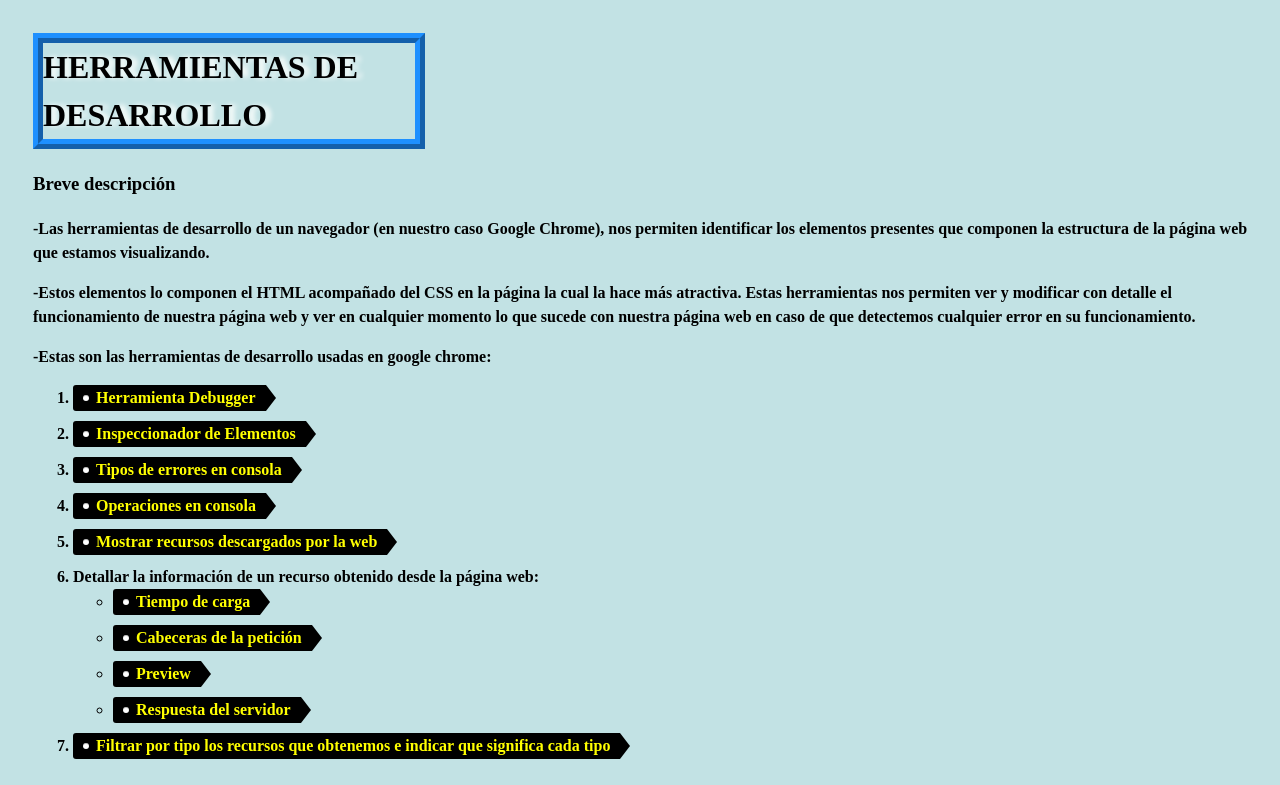
Repository: VictorinoBF97/HerramientasDesarollo
Page: indice.html
These files come from the project's save history. The page is drawn as it stood at one moment and after a run of saves; the edit follows.
The browser window is 1280 px wide. The pictures show the whole page.

Above is the page before, as saved 2018-11-26 09:17:37.
Console error: SyntaxError: Unexpected token '{'

After the next 2 saves:
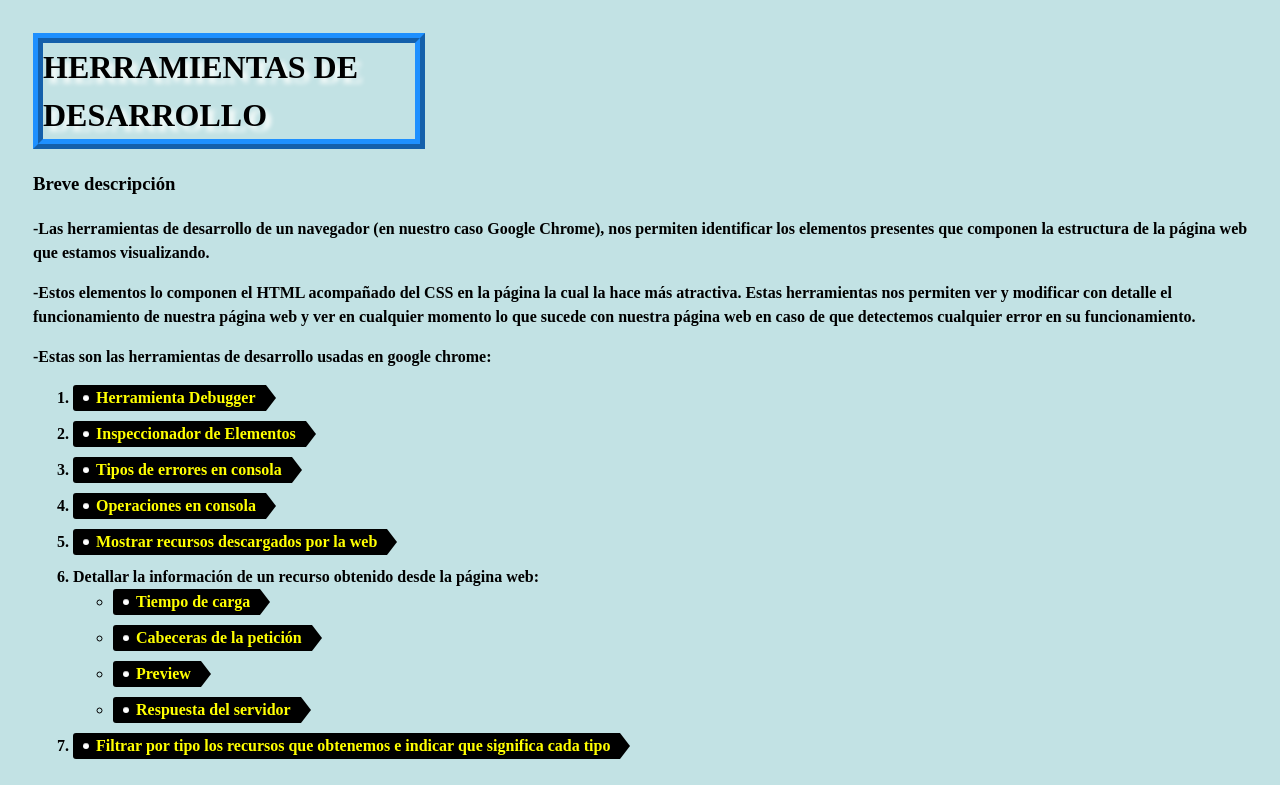
The 2 saves are shown as one change because they came seconds apart.
The last was saved 7 s later.
--- a/css/styles.css
+++ b/css/styles.css
@@ -3,10 +3,9 @@ html{
 }
 
 .titulo{
-    text-shadow: 5px 0px 5px rgb(254, 255, 253);
+    text-shadow: 5px 5px 5px rgb(254, 255, 253);
     border: 10px ridge #1E90FF;
     width: 30%;
-    border-left:
 
 }
 body{
